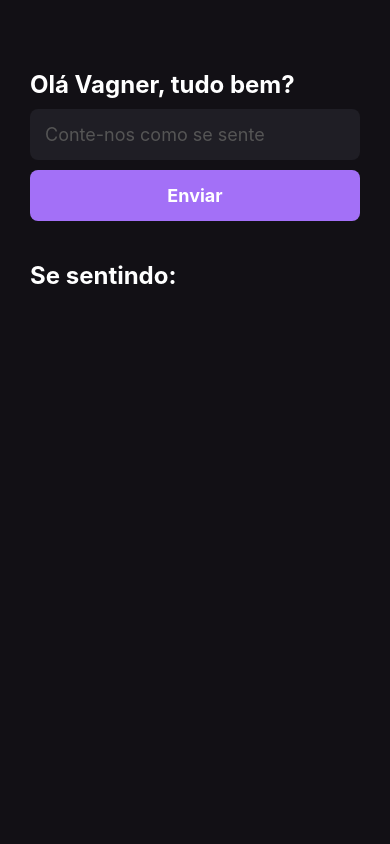
Repository: vagnereix/01-myskills-trilha-react-native
Screen: /
An editor plug-in stored every save of this project. The screen is shown before and after the next save, followed by the edit.
The app was drawn by React Native's web renderer in a window 390 px wide. The project was rebuilt for these pictures with package versions that can differ from the ones it lists, and the page was loaded fresh each time.

Above is the screen before, as saved 2021-06-17 18:17:13.

After the next save:
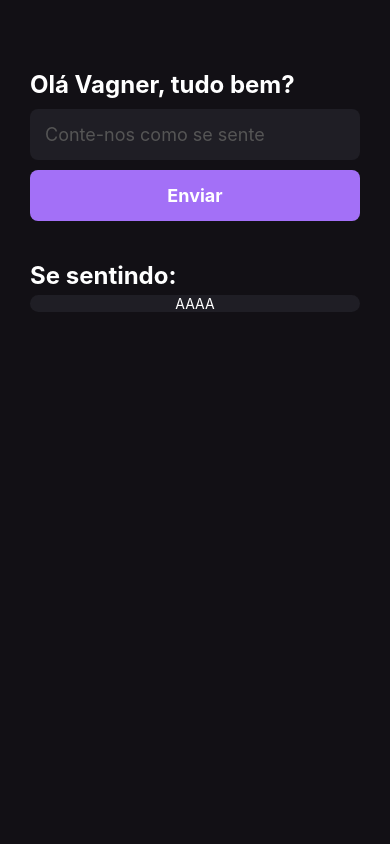
Saved 50 s later.
--- a/pages/home.tsx
+++ b/pages/home.tsx
@@ -36,10 +36,12 @@ export function Home() {
         </TouchableOpacity>
 
         <Text style={[styles.title, {marginTop: 40}]}>Se sentindo:</Text>
-        <Text style={styles.feeling}>{ feeling }</Text>
+        <Text style={styles.feeling}>{feeling}</Text>
 
-        <TouchableOpacity>
-            <Text></Text>
+        <TouchableOpacity style={styles.buttonFeeling}>
+          <Text style={styles.textFeeling}>
+              AAAA
+            </Text>
         </TouchableOpacity>
       </View>
     );
